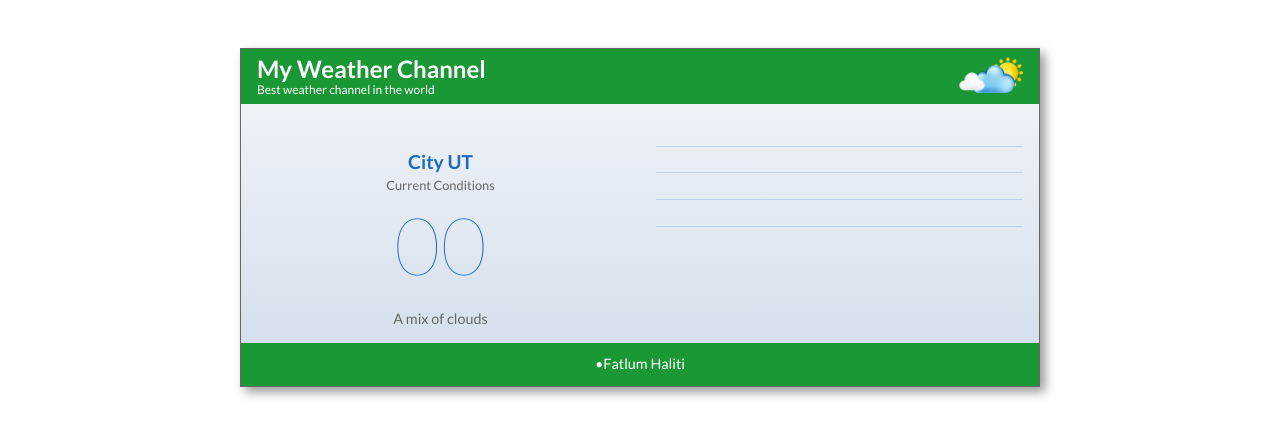
Repository: thinsanta/weather-site
Page: index.html
These files come from the project's save history. The page is drawn as it stood at one moment and after the next save; the edit follows.
The browser window is 1280 px wide. The pictures show the whole page.
The page's requests for data from a server got no answer.

Above is the page before, as saved 2019-10-28 11:34:07.

After the next save:
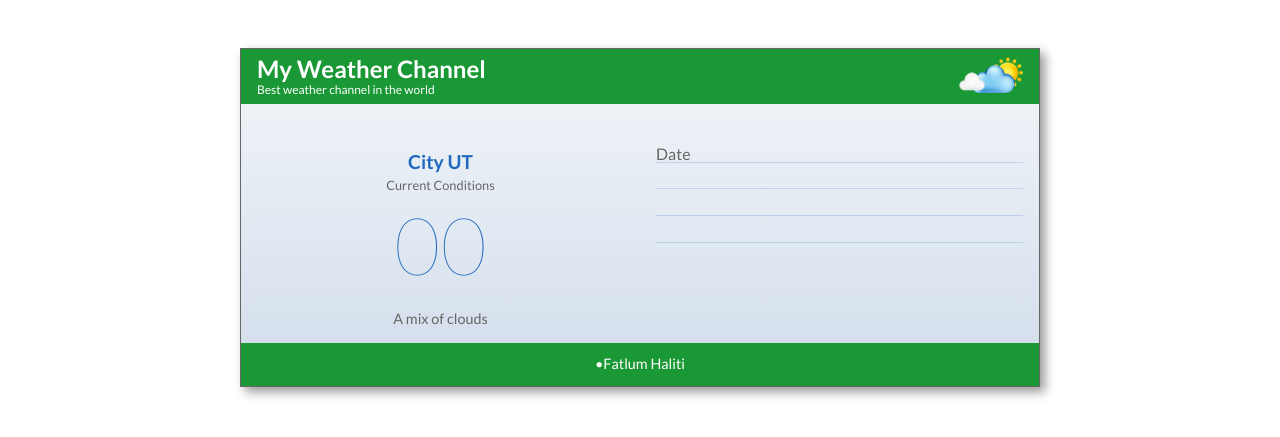
Saved 21 s later.
--- a/index.html
+++ b/index.html
@@ -51,7 +51,7 @@
 <section id="right">
 
 <div>
-	<span id="r0c1"></span>
+	<span id="r0c1">Date</span>
 	<span id="r0c3"></span>
 	<span id="r0c4"></span>
 </div>
